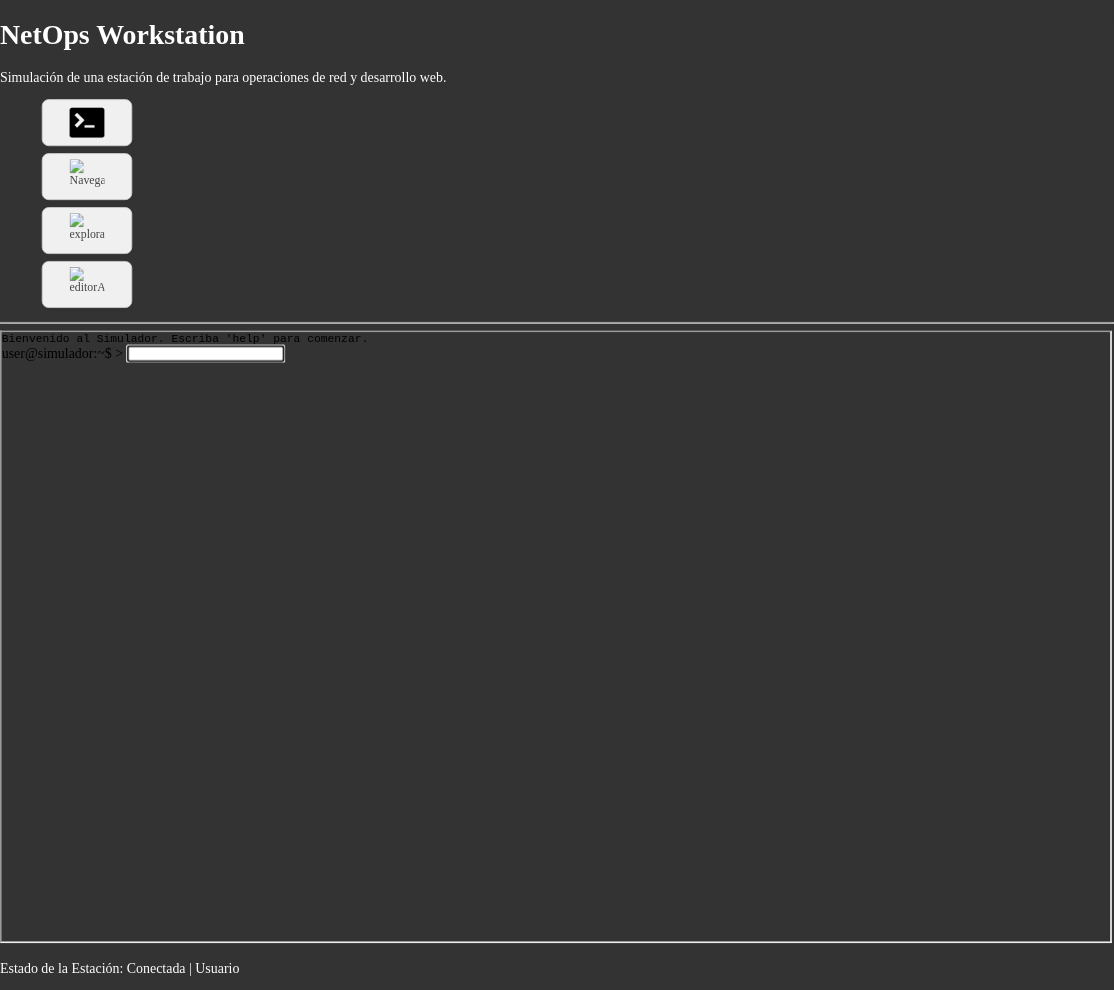
Repository: ValdezGalia/ProgramacionWebUcab
Page: lan-01.html
The author's editor kept a copy of each file at every save. The page is drawn from the files as they stood at one save, then again after a run of saves.
The browser window is 1280 px wide. The pictures show the whole page, at 87% of full size.

Above is the page before, as saved 2025-11-13 16:28:34.

### lan-01.html
<!DOCTYPE html>
<html lang="es">

<head>
    <meta charset="UTF-8">
    <meta name="viewport" content="width=device-width, initial-scale=1.0">
    <meta name="author" content="Orlando Valdez / Jenry Youssef / Oscar Torres">
    <link rel="stylesheet" href="/style/lan-01.css">
    <title>NetOps Workstation: Estación de Trabajo</title>
</head>

<body>

    <header>
        <h1>NetOps Workstation</h1>
        <p>Simulación de una estación de trabajo para operaciones de red y desarrollo web.</p>
    </header>

    <main id="workstation-container">

        <nav id="app-navigation" aria-label="Aplicaciones de la estación de trabajo">
            <ul id="app-list">
                <li><a href="#" data-tool="lineaComandos"><img src="assets/img/terminal.png" class="app-icon" alt="lineaComandos"><span></span></a></li>
                <li><a href="#" data-tool="navegador"><img src="" class="app-icon" alt="Navegador"><span></span></a></li>
                <li><a href="#" data-tool="exploradorArchivos"><img src="" class="app-icon" alt="exploradorArchivos"><span></span></a></li>
                <li><a href="#" data-tool="editorArchivo"><img src="" class="app-icon" alt="editorArchivo"><span></span></a></li>
            </ul>
        </nav>

        <hr>
        <!-- Contenedor de herramientas de forma dinamica y sostenible -->
        <section id="application-display">
            <iframe id="tool-iframe" src="pages/lineaComandos.html" sandbox="allow-scripts allow-same-origin"
                title="Aplicación interactiva" width="99.5%" height="700px"></iframe>
        </section>

    </main>

    <footer aria-label="Estado y Diagnóstico">
        <p>Estado de la Estación: Conectada | <span class="user">Usuario</span></p>
    </footer>

    <script>
        document.addEventListener('DOMContentLoaded', () => {
            const iframe = document.getElementById('tool-iframe');
            const navLinks = document.querySelectorAll('#app-list a');

            navLinks.forEach(link => {
                link.addEventListener('click', (event) => {
                    event.preventDefault();

                    const toolName = event.target.dataset.tool;
                    const newSrc = `pages/${toolName}.html`;

                    iframe.src = newSrc;

                    /*Esto aun no hace nada ya que aun no se implementa la logica que distige la clase active*/
                    navLinks.forEach(navLink => navLink.classList.remove('active'));
                    event.target.classList.add('active');
                });
            });
        });
    </script>

</body>

</html>

### style/lan-01.css
html, body{
    padding: 0;
    margin: 0;
    background-color: #333;
    color: white
}

nav ul li{
    list-style: none;
}

nav ul li a {
    display: flex;
    flex-direction: column;
    justify-content: center;
    align-items: center;

    /* Estilos visuales de App */
    text-decoration: none;
    color: #444444;
    background-color: #f0f0f0;
    padding: 1px;
    margin: 8px;
    border: 1px solid #cccccc;
    border-radius: 8px;
    box-shadow: 0 2px 4px rgba(0, 0, 0, 0.05);
    transition: all 0.2s ease;
    width: 100px;
    text-align: center;
}

/* Estilos para el Ícono (la imagen) */
nav ul li a .app-icon {
    width: 40px; /* Tamaño del icono */
    height: 40px;
    margin-bottom: 5px; /* Espacio entre el icono y la etiqueta de texto */
    /* Asegura que la imagen no tenga un borde o estilo propio que moleste */
    border: none;
}

/* Estilos para el Texto (la etiqueta) */
nav ul li a img {
    font-size: 0.85em; /* Fuente pequeña para la etiqueta */
    font-weight: 500;
    margin-top: 5px;
    color: #444444; /* Asegura el color del texto */
}

/* Interacción: Estado Hover (Al pasar el ratón) */
nav ul li a:hover {
    background-color: #e0e0e0; /* Un poco más oscuro al pasar el ratón */
    border-color: #a0a0a0;
    box-shadow: 0 4px 8px rgba(0, 0, 0, 0.1);
    transform: scale(1.02); /* Un ligero crecimiento para resaltar */
}

### pages/lineaComandos.html
<!DOCTYPE html>
<html lang="es">
<head>
    <meta charset="UTF-8">
    <meta name="viewport" content="width=device-width, initial-scale=1.0">
    <meta name="description" content="Un linea de comandos (CLI) basada en diseño de la de linux">
    <link rel="stylesheet" href="/style/commandline.css">
    <title>Linea de comandos</title>
</head>
<body>
    <div id="terminal-window">
        <pre id="terminal-output">Bienvenido al Simulador. Escriba 'help' para comenzar.</pre>

        <div id="command-line">
            <span id="prompt">user@simulador:~$ > </span>
            <input type="text" id="command-input" autofocus>
        </div>
    </div>
</body>
</html>

### style/commandline.css
* {
    margin: 0px;
    padding: 0px;
}

html, body{
    margin: 0;
    padding: 0;
    width: 100%;
    height: 100%;
    overflow: hidden;
    background-color: #333;
}

textarea{
    display: block;
    display: block;
    width: 100%;
    height: 100%;
    box-sizing: border-box;
    border: none;
    outline: none;
    resize: none;
    font-family: monospace;
    padding: 10px;
    background-color: #2036;
    color: white;
}

After the next 2 saves:
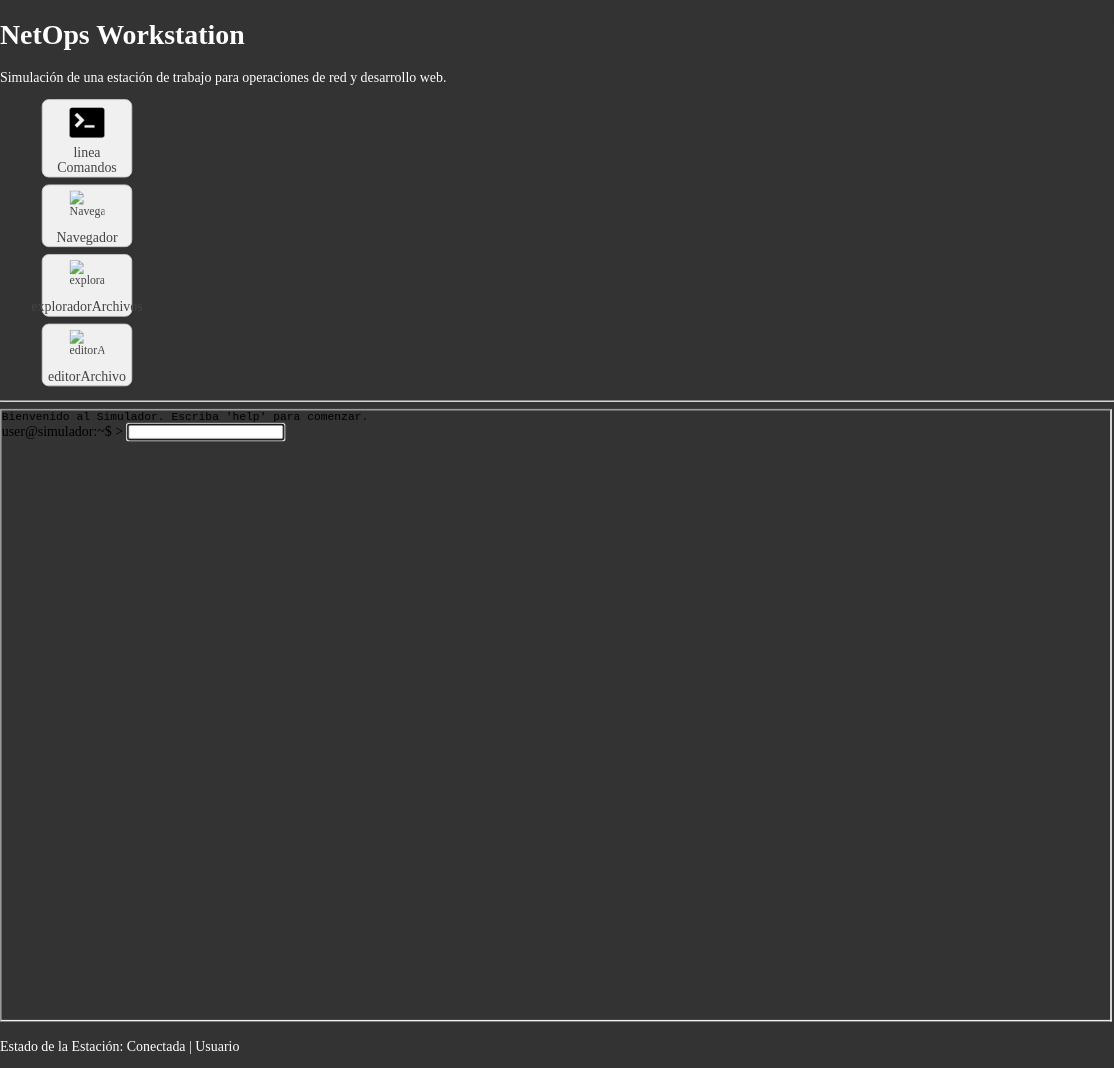
The 2 saves are shown as one change because they came seconds apart.
The last was saved 16 s later.
--- a/lan-01.html
+++ b/lan-01.html
@@ -20,10 +20,10 @@
 
         <nav id="app-navigation" aria-label="Aplicaciones de la estación de trabajo">
             <ul id="app-list">
-                <li><a href="#" data-tool="lineaComandos"><img src="assets/img/terminal.png" class="app-icon" alt="lineaComandos"><span></span></a></li>
-                <li><a href="#" data-tool="navegador"><img src="" class="app-icon" alt="Navegador"><span></span></a></li>
-                <li><a href="#" data-tool="exploradorArchivos"><img src="" class="app-icon" alt="exploradorArchivos"><span></span></a></li>
-                <li><a href="#" data-tool="editorArchivo"><img src="" class="app-icon" alt="editorArchivo"><span></span></a></li>
+                <li><a href="#" data-tool="lineaComandos"><img src="assets/img/terminal.png" class="app-icon" alt="lineaComandos"><span>linea Comandos</span></a></li>
+                <li><a href="#" data-tool="navegador"><img src="" class="app-icon" alt="Navegador"><span>Navegador</span></a></li>
+                <li><a href="#" data-tool="exploradorArchivos"><img src="" class="app-icon" alt="exploradorArchivos"><span>exploradorArchivos</span></a></li>
+                <li><a href="#" data-tool="editorArchivo"><img src="" class="app-icon" alt="editorArchivo"><span>editorArchivo</span></a></li>
             </ul>
         </nav>
 
